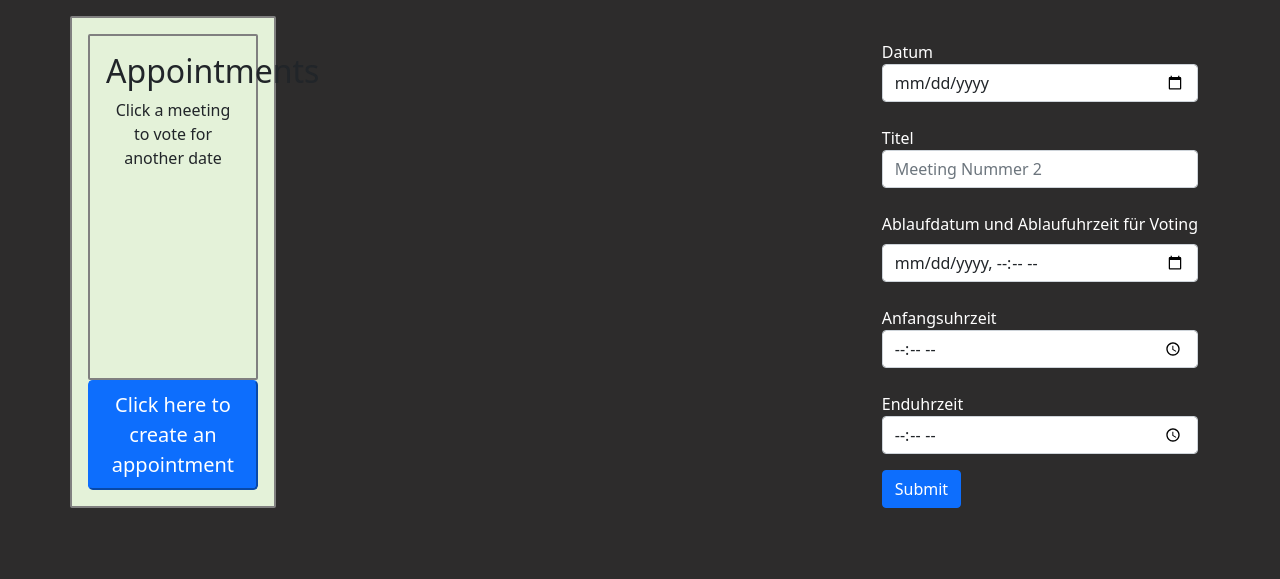
Repository: wlichon/Semesterprojekt
Page: index.html
These files come from the project's save history. The page is drawn as it stood at one moment and after the next save; the edit follows.
The browser window is 1280 px wide. The pictures show the whole page.
The page's requests for data from a server got no answer. Some web libraries are served in a nearby version.

Above is the page before, as saved 2022-04-22 20:54:02.

After the next save:
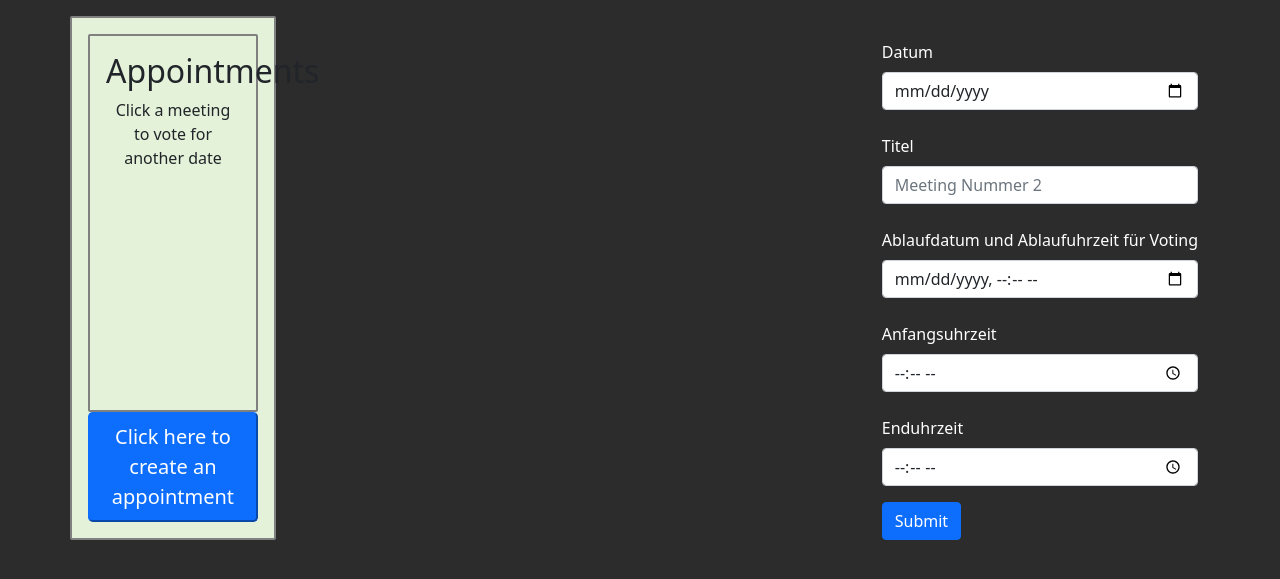
Saved 27 s later.
--- a/index.html
+++ b/index.html
@@ -83,11 +83,11 @@
 
         <form id = "createappointmentform">
             <div class="form-group">
-              <label for="exampleInputEmail1" class ="text-white mt-4">Datum</label>
+              <label for="exampleInputEmail1" class ="text-white mt-4 mb-2">Datum</label>
               <input type="date" class="form-control" id="exampleInputEmail1" aria-describedby="emailHelp" placeholder="Enter email">
             </div>
             <div class="form-group">
-                <label for="exampleInputEmail1" class ="text-white mt-4">Titel</label>
+                <label for="exampleInputEmail1" class ="text-white mt-4 mb-2">Titel</label>
                 <input type="text" class="form-control" id="exampleInputEmail1" aria-describedby="emailHelp" placeholder="Meeting Nummer 2">
             </div>
               <div class="form-group">
@@ -95,11 +95,11 @@
                 <input type="datetime-local" class="form-control" id="exampleInputEmail1" aria-describedby="emailHelp">
             </div>
               <div class="form-group">
-                <label for="exampleInputEmail1" class ="text-white mt-4">Anfangsuhrzeit</label>
+                <label for="exampleInputEmail1" class ="text-white mt-4 mb-2">Anfangsuhrzeit</label>
                 <input type="time" class="form-control" id="exampleInputEmail1" aria-describedby="emailHelp">
             </div>
               <div class="form-group">
-                <label for="exampleInputEmail1" class ="text-white mt-4">Enduhrzeit</label>
+                <label for="exampleInputEmail1" class ="text-white mt-4 mb-2">Enduhrzeit</label>
                 <input type="time" class="form-control" id="exampleInputEmail1" aria-describedby="emailHelp">
             </div>
             <button type="submit" class="btn btn-primary mt-3">Submit</button>
